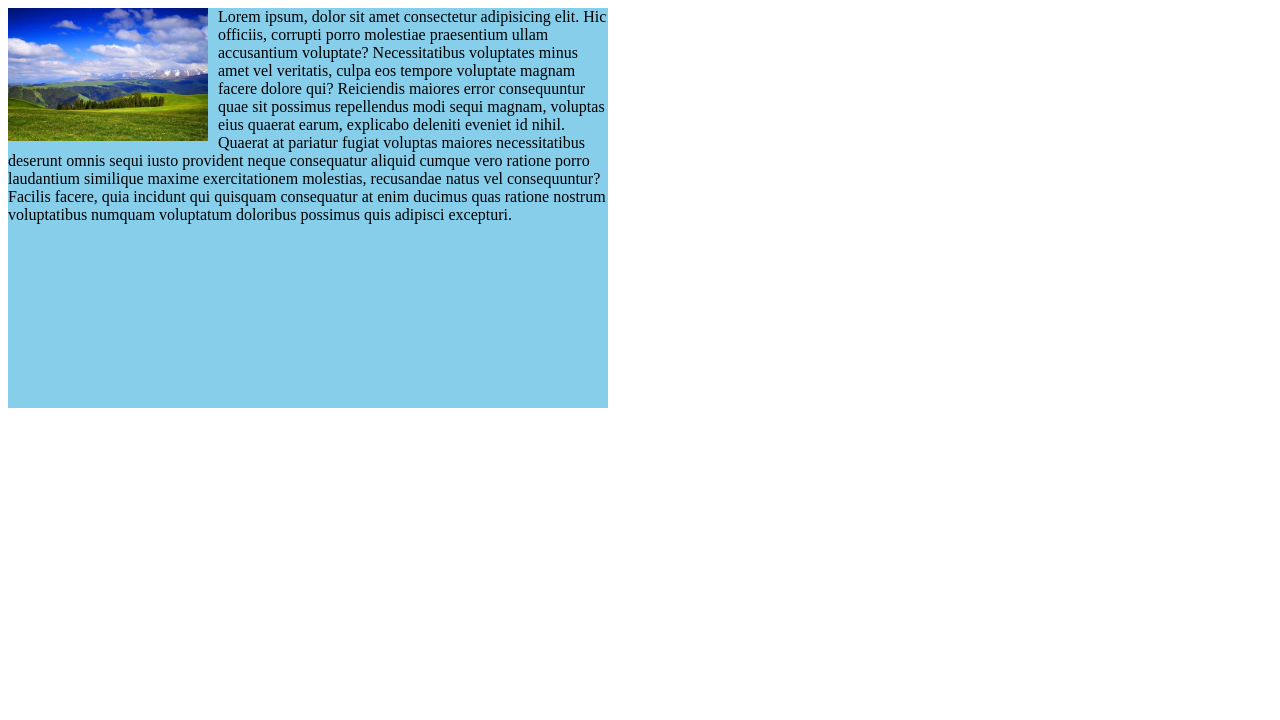
Repository: 123648923/html5-css3
Page: css/16 浮动/01 浮动简介.html
An editor plug-in stored every save of this project. The page is shown before and after a run of saves, followed by the edit.
The browser window is 1280 px wide. The pictures show the whole page.

Above is the page before, as saved 2023-11-07 15:22:10.

After the next 2 saves:
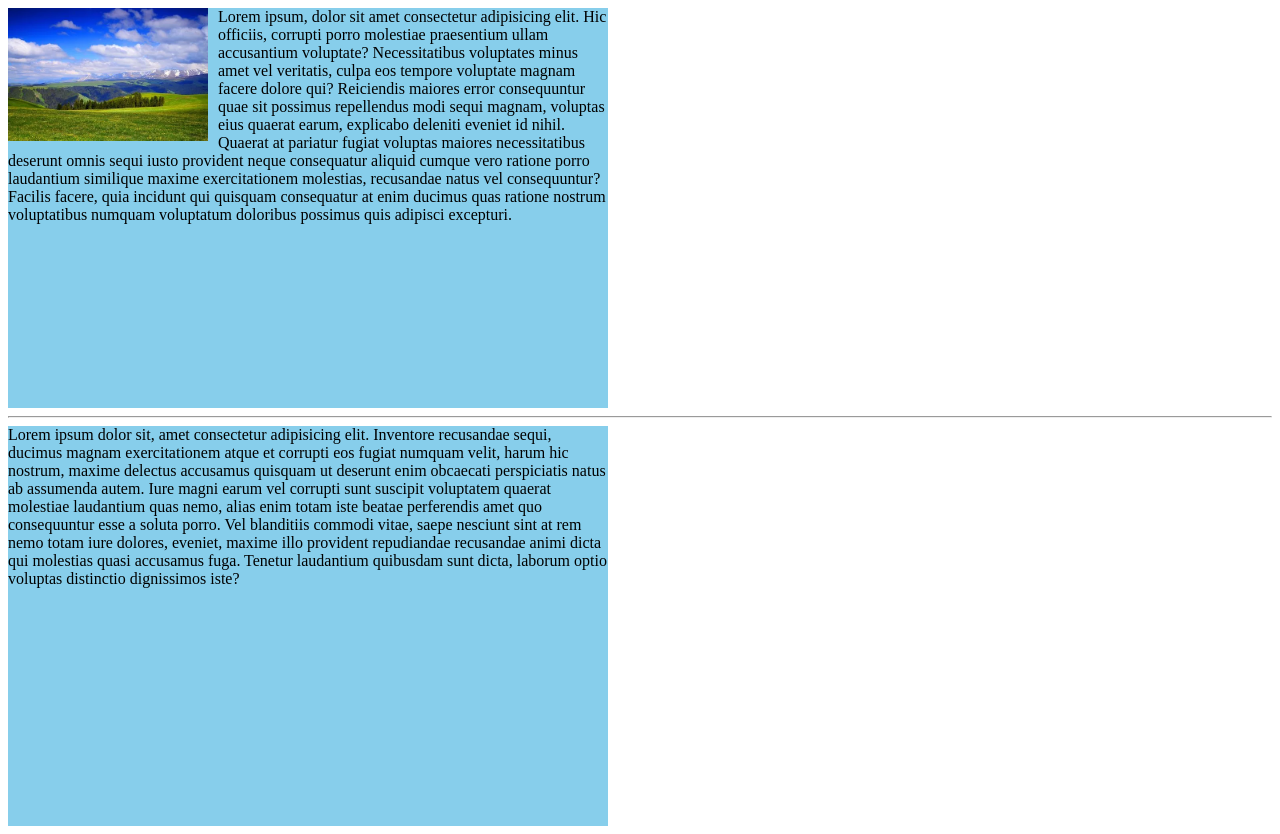
The 2 saves are shown as one change because they came seconds apart.
The last was saved 28 s later.
--- a/css/16 浮动/01 浮动简介.html
+++ b/css/16 浮动/01 浮动简介.html
@@ -31,6 +31,14 @@
         incidunt qui quisquam consequatur at enim ducimus quas ratione nostrum voluptatibus numquam voluptatum doloribus
         possimus quis adipisci excepturi.
     </div>
+    <hr>
+    <div>Lorem ipsum dolor sit, amet consectetur adipisicing elit. Inventore recusandae sequi, ducimus magnam
+        exercitationem atque et corrupti eos fugiat numquam velit, harum hic nostrum, maxime delectus accusamus quisquam
+        ut deserunt enim obcaecati perspiciatis natus ab assumenda autem. Iure magni earum vel corrupti sunt suscipit
+        voluptatem quaerat molestiae laudantium quas nemo, alias enim totam iste beatae perferendis amet quo
+        consequuntur esse a soluta porro. Vel blanditiis commodi vitae, saepe nesciunt sint at rem nemo totam iure
+        dolores, eveniet, maxime illo provident repudiandae recusandae animi dicta qui molestias quasi accusamus fuga.
+        Tenetur laudantium quibusdam sunt dicta, laborum optio voluptas distinctio dignissimos iste?</div>
 </body>
 
 </html>
